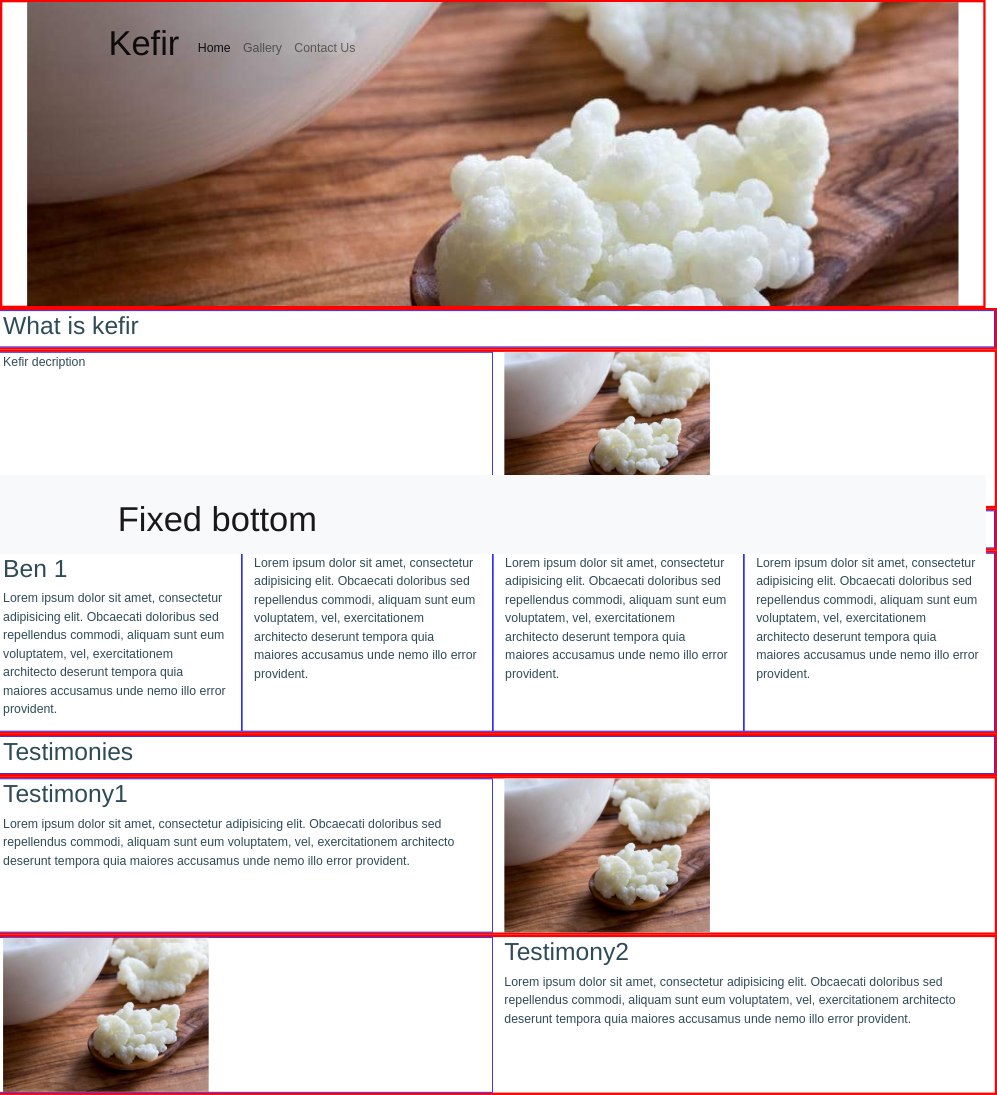
Repository: andna5980/kefir-web
Page: src/index.html
An editor plug-in stored every save of this project. The page is shown before and after the next save, followed by the edit.
The browser window is 1280 px wide. The page is 1295 px wide, so the pictures cover 1295 px, including what lies to the right of the window. The pictures show the whole page, at 77% of full size.
Some web fonts or font styles are not loaded; a fallback is used. Some web libraries are served in a nearby version.

Above is the page before, as saved 2021-02-28 13:14:23.

After the next save:
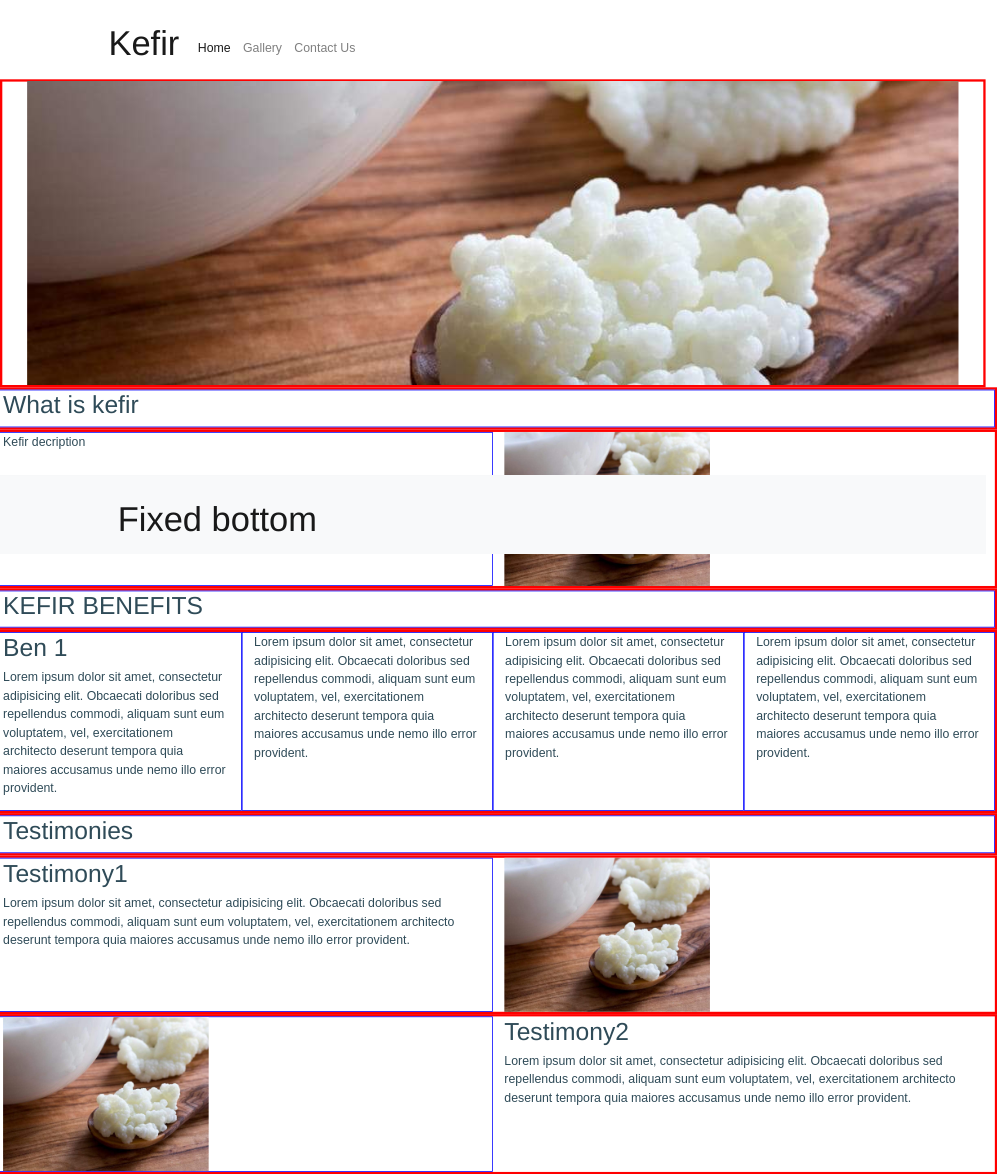
Saved 17 s later.
--- a/src/index.html
+++ b/src/index.html
@@ -19,7 +19,7 @@
 <body>
   <!--------------------Main-Header-------------------------------------->
   <header>
-    <nav class="fixed-top navbar navbar-expand-md navbar-light">
+    <nav class=" navbar navbar-expand-md navbar-light">
       <a class="navbar-brand" href="#">Kefir</a>
       <button class="navbar-toggler" type="button" data-toggle="collapse" data-target="#navbarNav"
         aria-controls="navbarNav" aria-expanded="false" aria-label="Toggle navigation">
